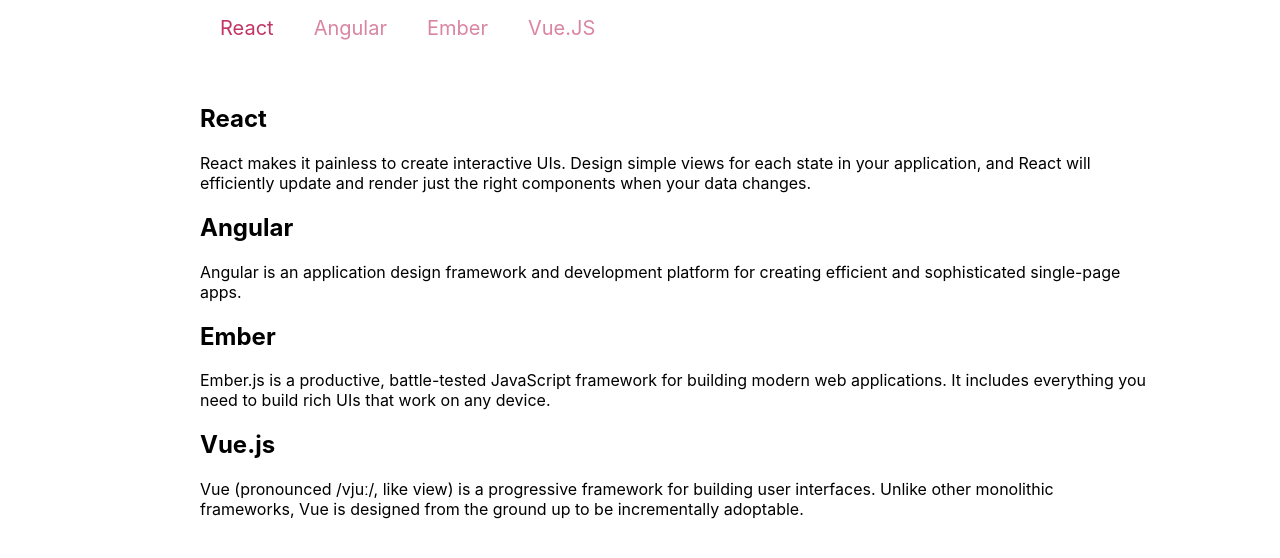
Repository: baopham2-tiki/tiki-order-listing
Page: /oderApp
The author's editor kept a copy of each file at every save. The page is drawn from the files as they stood at one save, then again after the next save.
The browser window is 1280 px wide. The pictures show the whole page.
The project was rebuilt for these pictures with package versions that can differ from the ones it lists, and the page was loaded fresh each time. The framework's server and built-in components were replaced by stand-ins that run in the browser. Also part of the build but not shown: next.config.js.

Above is the page before, as saved 2022-11-09 22:14:07.

### pages/_app.tsx
import '../styles/globals.css'
import type { AppProps } from 'next/app'
import { store } from '../store'
import { Provider } from 'react-redux'

export default function App({ Component, pageProps }: AppProps) {
  return (
    <Provider store={store}>
      <Component {...pageProps} />
    </Provider>
  )
}

### pages/oderApp.tsx
import React from 'react'
import styled from 'styled-components'

const StyledOrderApp = styled.div`
  max-width: 950px;
  margin-left: 200px;
`
const TabOrder = styled.div`
  display: flex;
  position: relative;
  .tab-item {
    min-width: 80px;
    padding: 16px 20px 11px 20px;
    font-size: 20px;
    text-align: center;
    color: #c23564;
    background-color: #fff;
    border-top-left-radius: 5px;
    border-top-right-radius: 5px;
    border-bottom: 5px solid transparent;
    opacity: 0.6;
    cursor: pointer;
    &:hover {
      cursor: pointer;
    }
    &.active {
      opacity: 1;
    }
  }
  .
`

const TabsLine = styled.div`
  position: absolute;
  left: 0;
  bottom: 0;
  width: 0;
  height: 6px;
  border-radius: 15px;
  background-color: #c23564;
  transition: all 0.2s ease;
`

const TabContent = styled.div`
  padding: 28px 0;
`

export default function oderApp() {
  return (
    <StyledOrderApp>
      <TabOrder>
        <div className="tab-item active">
          <i className="tab-icon fas fa-code"></i>
          React
        </div>
        <div className="tab-item">
          <i className="tab-icon fas fa-cog"></i>
          Angular
        </div>
        <div className="tab-item">
          <i className="tab-icon fas fa-plus-circle"></i>
          Ember
        </div>
        <div className="tab-item">
          <i className="tab-icon fas fa-pen-nib"></i>
          Vue.JS
        </div>
        <TabsLine></TabsLine>
      </TabOrder>
      <TabContent>
        <div className="tab-pane active">
          <h2>React</h2>
          <p>
            React makes it painless to create interactive UIs. Design simple views for each state in
            your application, and React will efficiently update and render just the right components
            when your data changes.
          </p>
        </div>
        <div className="tab-pane">
          <h2>Angular</h2>
          <p>
            Angular is an application design framework and development platform for creating
            efficient and sophisticated single-page apps.
          </p>
        </div>
        <div className="tab-pane">
          <h2>Ember</h2>
          <p>
            Ember.js is a productive, battle-tested JavaScript framework for building modern web
            applications. It includes everything you need to build rich UIs that work on any device.
          </p>
        </div>
        <div className="tab-pane">
          <h2>Vue.js</h2>
          <p>
            Vue (pronounced /vjuː/, like view) is a progressive framework for building user
            interfaces. Unlike other monolithic frameworks, Vue is designed from the ground up to be
            incrementally adoptable.{' '}
          </p>
        </div>
      </TabContent>
    </StyledOrderApp>
  )
}

### store.ts
import { configureStore } from '@reduxjs/toolkit';
import counterReducer from './slices/counterSlice';

export const store = configureStore({
  reducer: {
    counter: counterReducer,
  },
});
// Infer the `RootState` and `AppDispatch` types from the store itself
export type RootState = ReturnType<typeof store.getState>;
// Inferred type: {posts: PostsState, comments: CommentsState, users: UsersState}
export type AppDispatch = typeof store.dispatch;

### slices/counterSlice.ts
import { createSlice } from '@reduxjs/toolkit';
import type { PayloadAction } from '@reduxjs/toolkit';

export interface CounterState {
  value: number;
}

const initialState: CounterState = {
  value: 0,
};

export const counterSlice = createSlice({
  name: 'counter',
  initialState,
  reducers: {
    increment: (state) => {
      state.value += 1;
    },
    decrement: (state) => {
      state.value -= 1;
    },
    incrementByAmount: (state, action: PayloadAction<number>) => {
      state.value += action.payload;
    },
  },
});

// Action creators are generated for each case reducer function
export const { increment, decrement, incrementByAmount } = counterSlice.actions;

export default counterSlice.reducer;

Loaded but not shown: styles/globals.css (common file)

After the next save:
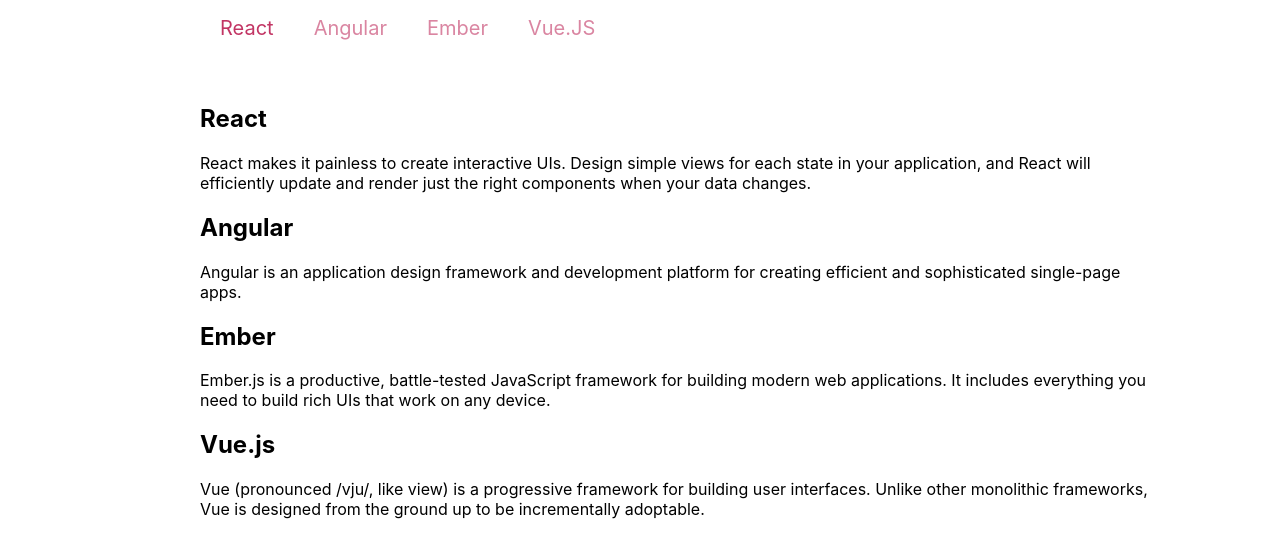
Saved 45 s later.
--- a/pages/oderApp.tsx
+++ b/pages/oderApp.tsx
@@ -93,7 +93,7 @@
         <div className="tab-pane">
           <h2>Vue.js</h2>
           <p>
-            Vue (pronounced /vjuː/, like view) is a progressive framework for building user
+            Vue (pronounced /vju/, like view) is a progressive framework for building user
             interfaces. Unlike other monolithic frameworks, Vue is designed from the ground up to be
             incrementally adoptable.{' '}
           </p>
